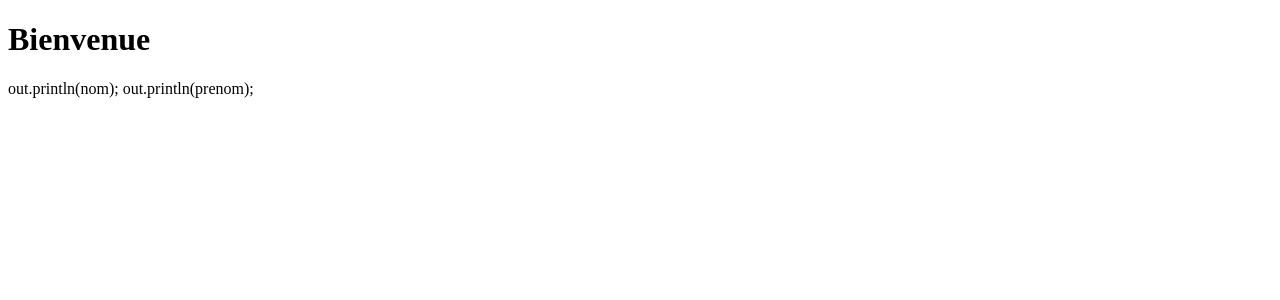
Repository: wendytoko/cours
Page: http://localhost/Test/Recup.jsp
These files come from the project's save history. The page is drawn as it stood at one moment and after the next save; the edit follows.
The browser window is 1280 px wide. The pictures show the whole page.
The page is served by Tomcat 9. Queries for data that is not in the repository find no rows.

Above is the page before, as saved 2019-11-20 09:15:31.

After the next save:
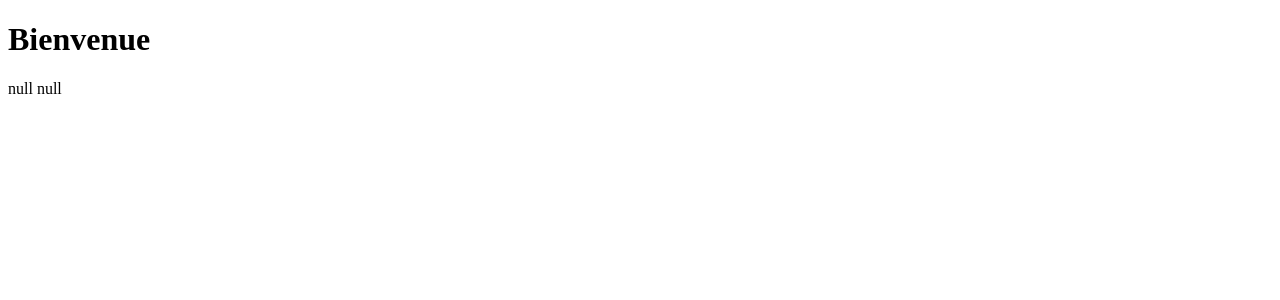
Saved 47 s later.
--- a/Cours Sarah/Test/WebContent/Recup.jsp
+++ b/Cours Sarah/Test/WebContent/Recup.jsp
@@ -29,8 +29,9 @@
 	%>
 
 <h1>Bienvenue</h1>
-out.println(nom);
+<% out.println(nom);
 out.println(prenom);
+%>
 
 
 </body>
